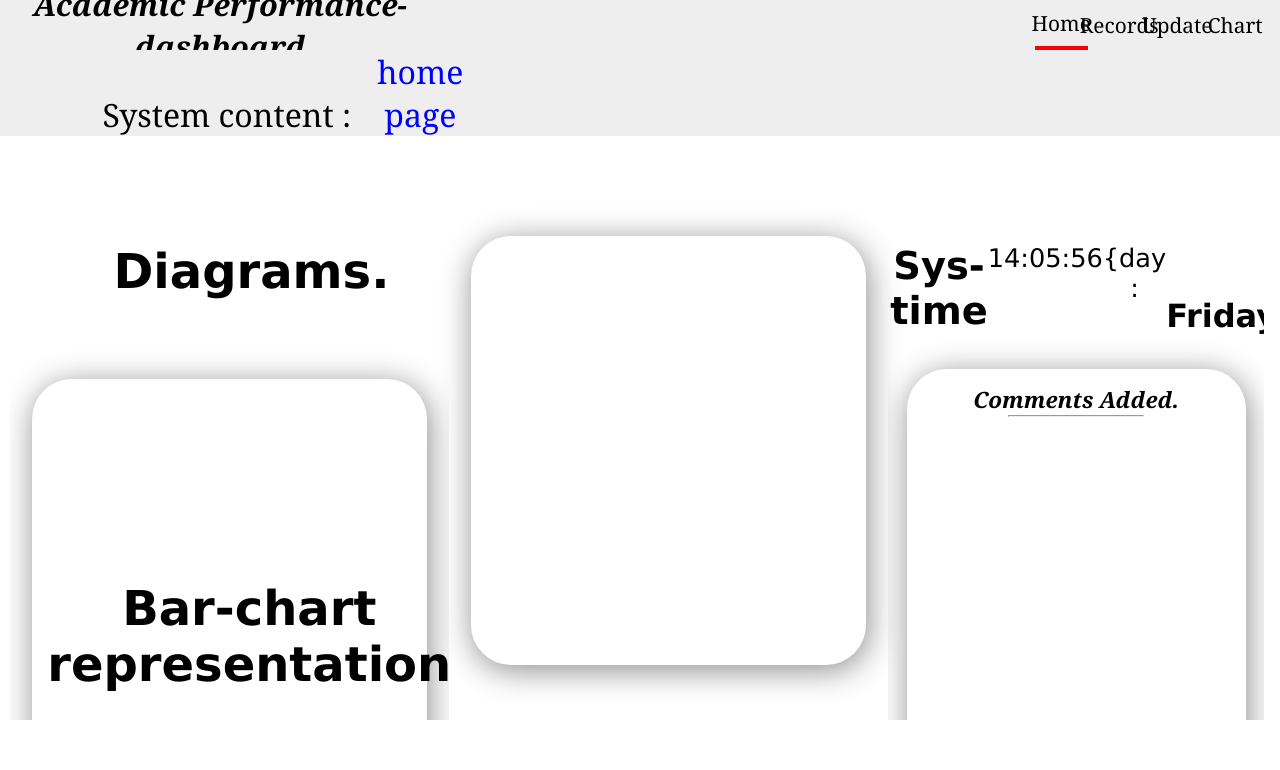
Repository: 3x3cu7er/Shax_001
Page: http://localhost/xmain/
The author's editor kept a copy of each file at every save. The page is drawn from the files as they stood at one save, then again after the next save.
The browser window is 1280 px wide. The pictures show the whole page.
An inner scrolling area shows only its first screen. The page is served by the project's application, run on Django 4.2 (manage.py).

Above is the page before, as saved 2024-01-19 18:14:08.
Console error (its wording comes from the project's code and is left out).

After the next save:
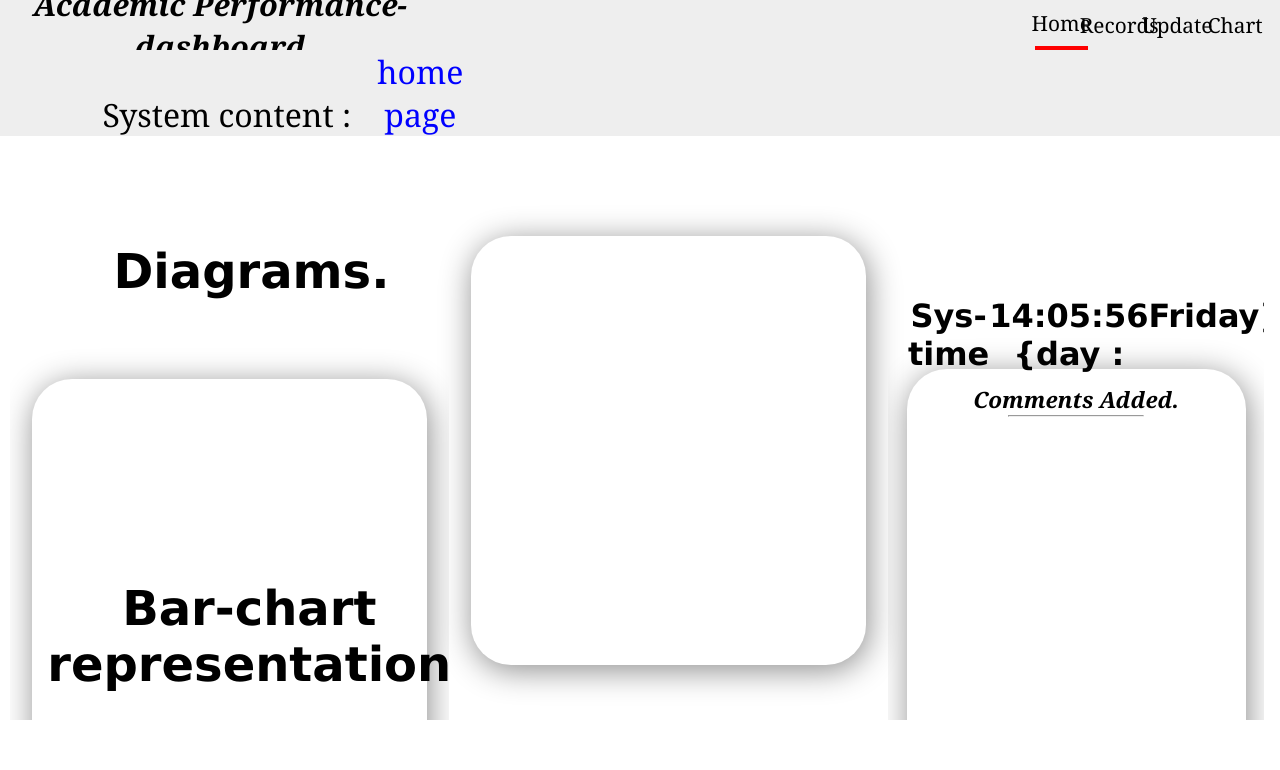
Saved 25 s later.
--- a/_3x3c47er_Sino_sys/template/xmain.html
+++ b/_3x3c47er_Sino_sys/template/xmain.html
@@ -72,8 +72,8 @@
 
           <div class="leftSide">
             <div class="time">
+              <h4>Sys-time</h4>
               <h4>
-                <h2>Sys-time</h2>
                 <span class="hr">00</span>:<span class="min">00</span>:<span
                   class="sec"
                   >00</span
